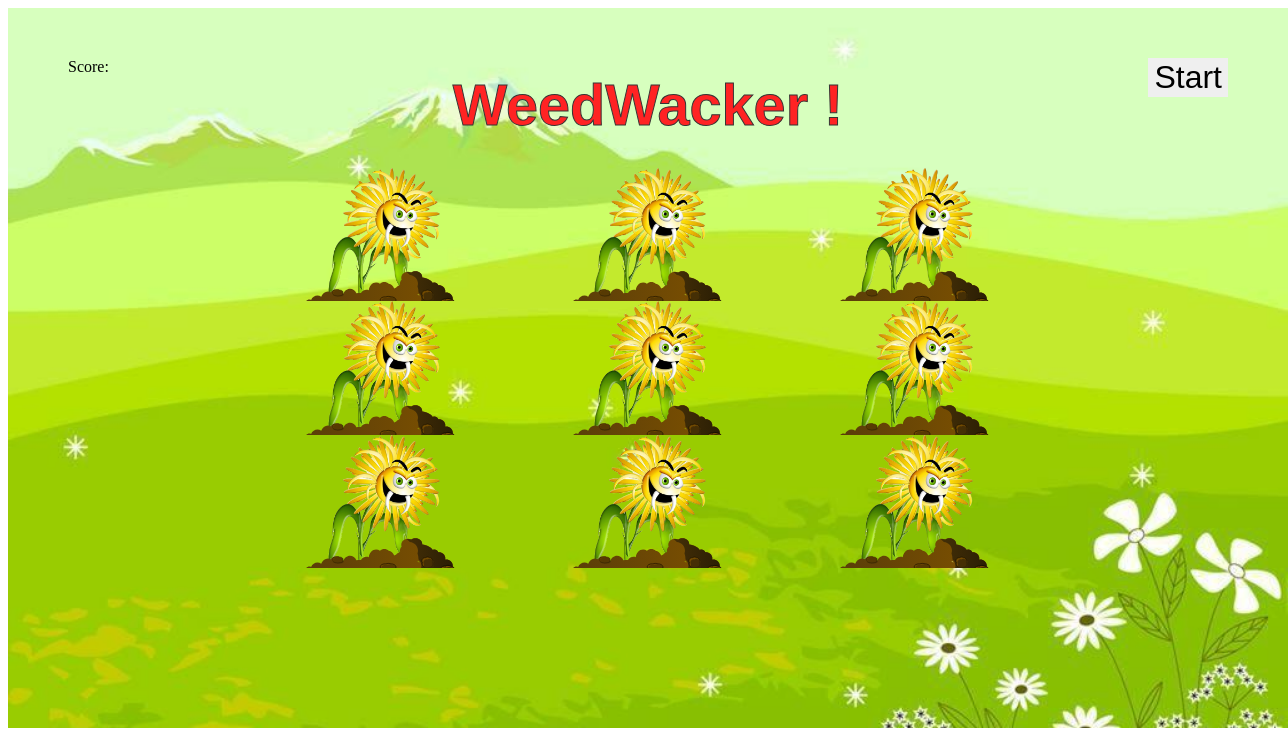
Repository: AustinW24/weedwacker
Page: index.html
An editor plug-in stored every save of this project. The page is shown before and after the next save, followed by the edit.
The browser window is 1280 px wide. The page is 1288 px wide, so the pictures cover 1288 px, including what lies to the right of the window. The pictures show the whole page.
Some web fonts or font styles are not loaded; a fallback is used.

Above is the page before, as saved 2022-02-09 10:31:17.

### index.html
<!DOCTYPE html>
<html lang="en">

<head>
    <meta charset="UTF-8">
    <meta name="viewport" content="width=device-width, initial-scale=1.0">
    <meta http-equiv="X-UA-Compatible" content="ie=edge">
    <title>WeedWacker</title>
    <link href="http://fonts.cdnfonts.com/css/common-pixel" rel="stylesheet">
    <link rel="stylesheet" href="style.css">
</head>

<body>
    <div class="container">

        <div class="score">Score: </div>
        <div class="heading">
            <h1 class="title">WeedWacker !</h1>
        </div>
        <div class="start">
            <button onClick="startGame()">Start</button>
        </div>
        <div class="game">
            <div class="hole hole1">
                <div class="plant"></div>
            </div>
            <div class="hole hole2">
                <div class="plant"></div>
            </div>
            <div class="hole hole3">
                <div class="plant"></div>
            </div>
            <div class="hole hole4">
                <div class="plant"></div>
            </div>
            <div class="hole hole5">
                <div class="plant"></div>
            </div>
            <div class="hole hole6">
                <div class="plant"></div>
            </div>
            <div class="hole hole7">
                <div class="plant"></div>
            </div>
            <div class="hole hole8">
                <div class="plant"></div>
            </div>
            <div class="hole hole9">
                <div class="plant"></div>
            </div>
        </div>

    </div>
    <script src="main.js"></script>
</body>

</html>

### style.css
html{
    box-sizing: border-box;
    margin: 0 auto;
}

*, *:before, *:after {
    box-sizing: inherit;
}

.container {
    height: 100vh;
    width: 100vw;
    background: url("/assets/wwbackground.jpg") no-repeat center;
    background-size: 100%;
    display: flex;
    align-items: center;
    justify-content: center;
    position: relative;
}

.game {
    display: flex;
    flex-wrap: wrap;
    width: 800px;
    height: 400px;
    margin: 0 auto;

    /* display: grid;
    place-items: center;
    grid-template-columns: repeat(3, 1fr);
    grid-template-rows: repeat(3, 1fr);
    column-gap: 10px;
    row-gap: 15px;
    width: 50%;
    height: 80%;
    position: absolute;
    bottom: 0;
    margin-bottom: 10px;
    margin-top: 20%;
    outline: 2px solid blue;
    justify-content: center; */
}

.hole {
    flex: 1 0 33.33%;
    overflow: hidden;
    position: relative;
}

.hole:after {
    display: block;
    background: url("/assets/dirt.svg") bottom center no-repeat;
    background-size: contain;
    content: '';
    position: absolute;
    width: 100%;
    height: 60px;
    z-index: 2;
    bottom: -30px;
}

.plant {
    background: url("/assets/evilweeds.png") bottom center no-repeat;
    background-size: 50%;
    top: 100%;
    height: 100%;
    width: 100%;
    transition: all 0.4s ease;
}

.hole.up .plant {
    top: 0;
}

button {
    font-size: 2rem;
    cursor: pointer;
    border: none;
    background:
}

.heading {
    display: flex;
    position: absolute;
    top: 0;
    margin-top: 2%;
    font-family: 'Common Pixel', sans-serif;
    color: rgb(255, 35, 35);
    font-size: 2vw;
    font-size: 4vh;
    -webkit-text-stroke-width: 1px;
    -webkit-text-stroke-color: rgb(53, 53, 53);
}

.score {
    left: 0;
    position: absolute;
    top: 0;
    margin-top: 50px;
    margin-left: 60px;
}
.start {
    right: 0;
    position: absolute;
    top: 0;
    margin-top: 50px;
    margin-right: 60px;
}

### main.js
let score = 0;

Loaded but not shown: assets/dirt.svg (40 lines, source omitted)

After the next save:
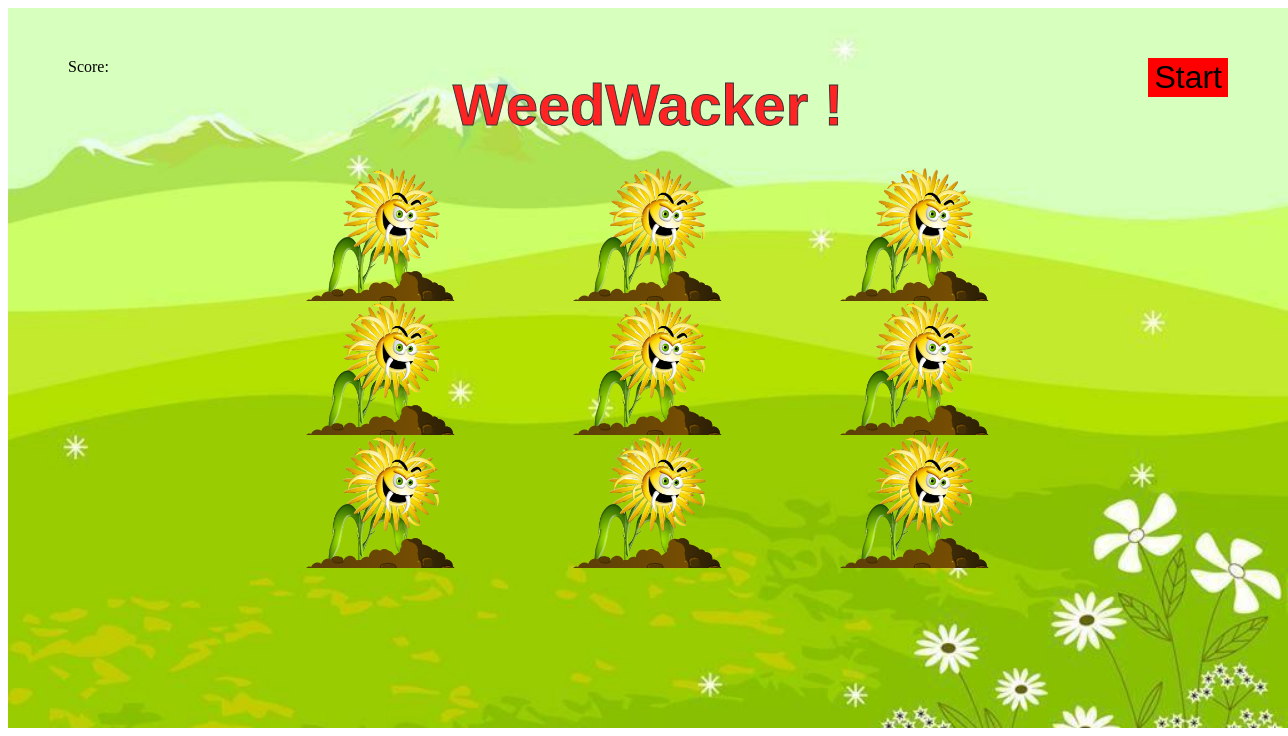
Saved 7 s later.
--- a/style.css
+++ b/style.css
@@ -76,7 +76,7 @@
     font-size: 2rem;
     cursor: pointer;
     border: none;
-    background:
+    background: red;
 }
 
 .heading {

After the save that followed:
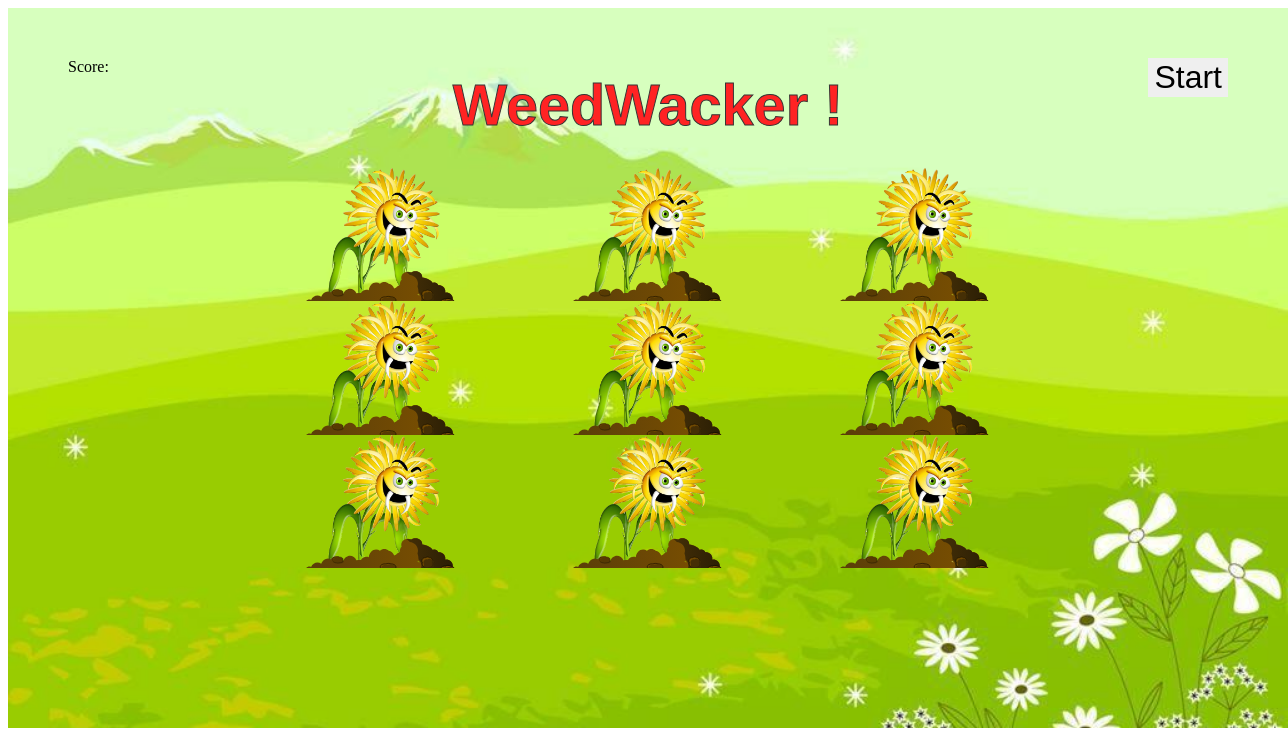
Saved 9 s later.
--- a/style.css
+++ b/style.css
@@ -76,7 +76,7 @@
     font-size: 2rem;
     cursor: pointer;
     border: none;
-    background: red;
+    background:
 }
 
 .heading {
